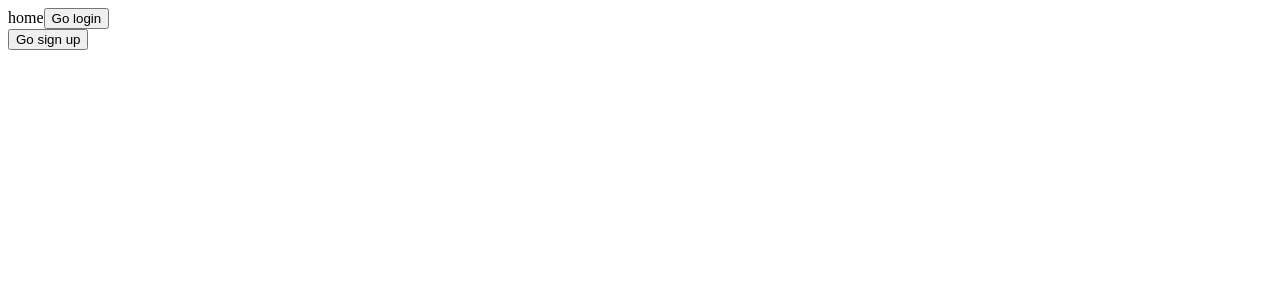
Repository: knowledgeAlan/nextjs-client-router-one
Page: /
An editor plug-in stored every save of this project. The page is shown before and after the next save, followed by the edit.
The browser window is 1280 px wide. The pictures show the whole page.
The project was rebuilt for these pictures with package versions that can differ from the ones it lists, and the page was loaded fresh each time. The framework's server and built-in components were replaced by stand-ins that run in the browser. Also part of the build but not shown: next.config.mjs.

Above is the page before, as saved 2024-05-17 13:52:08.

### src/app/layout.tsx
import type { Metadata } from "next";
import { Inter } from "next/font/google";


const inter = Inter({ subsets: ["latin"] });

export const metadata: Metadata = {
  title: "Create Next App",
  description: "Generated by create next app",
};

export default function RootLayout({
  children,
}: Readonly<{
  children: React.ReactNode;
}>) {
  return (
    <html lang="en">
      <body className="bg-white">{children}</body>
    </html>
  );
}

### src/app/page.tsx
'use client'
import Image from "next/image";

export default function Home() {

  const buttonClick =() => {

  }
  return (
    <>
      home
      <button onClick={buttonClick}   >
        Go login
      </button><br/>
      <button onClick={buttonClick}   >
        Go sign up
      </button>
    </>
  );
}

After the next save:
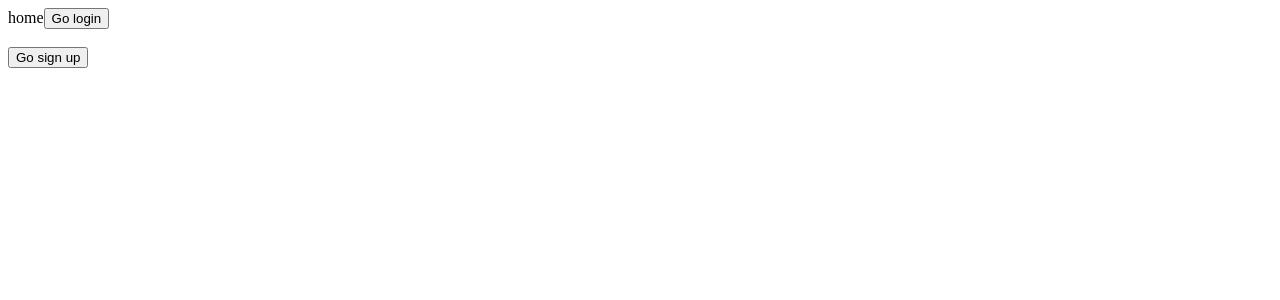
Saved 7 s later.
--- a/src/app/page.tsx
+++ b/src/app/page.tsx
@@ -11,7 +11,7 @@ export default function Home() {
       home
       <button onClick={buttonClick}   >
         Go login
-      </button><br/>
+      </button><br/><br/>
       <button onClick={buttonClick}   >
         Go sign up
       </button>
